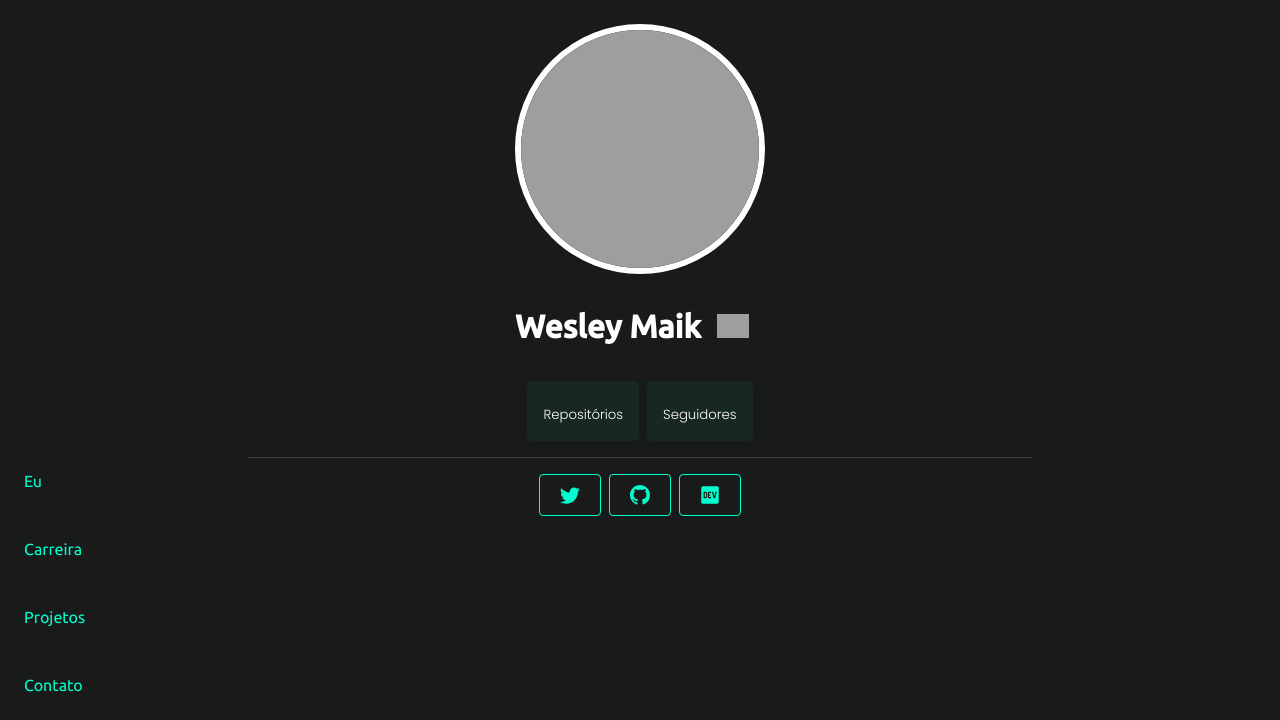
Repository: WesleyMaik/wesleymaik.github.io
Page: /
The author's editor kept a copy of each file at every save. The page is drawn from the files as they stood at one save, then again after the next save.
The browser window is 1280 px wide. The pictures show the whole page.
Pictures or frames that could not be fetched are drawn as grey boxes. The page's requests for data from a server got no answer. The project was rebuilt for these pictures with package versions that can differ from the ones it lists, and the page was loaded fresh each time. No one was signed in, and anything a server would have sent is missing. Also part of the build but not shown: vite.config.ts.

Above is the page before, as saved 2022-08-08 12:38:22.

After the next save:
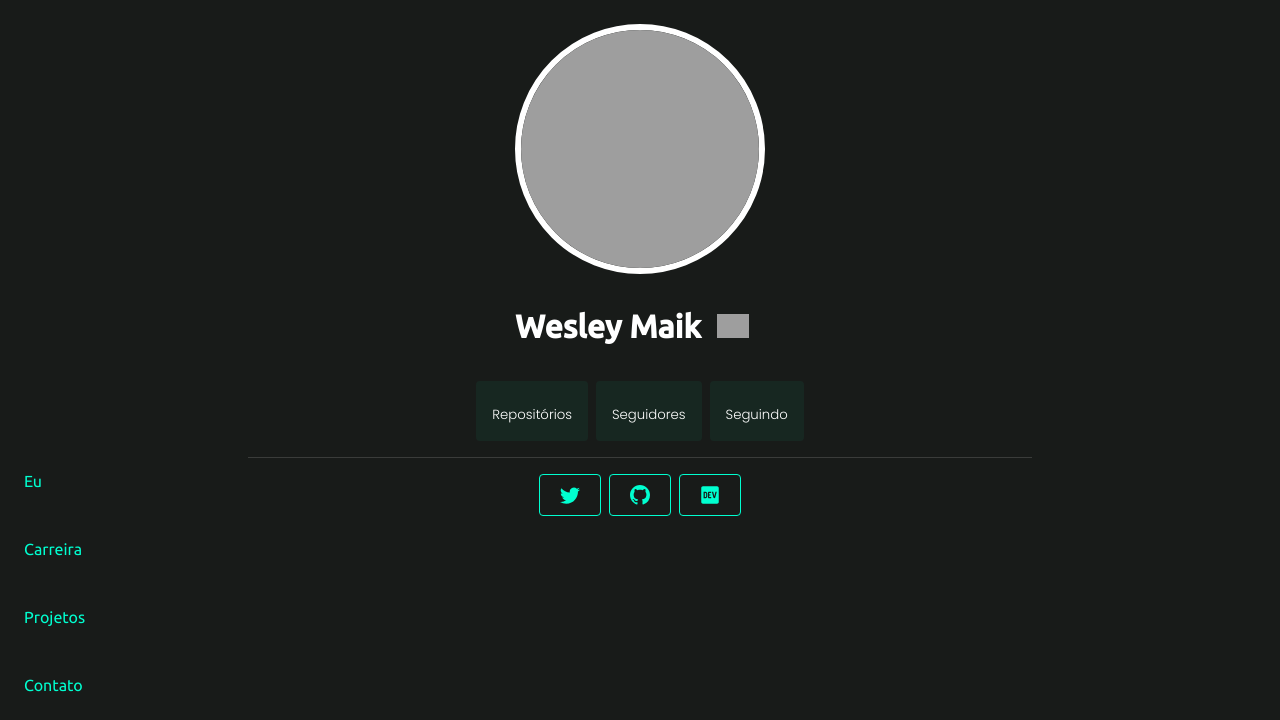
Saved 101 s later.
--- a/src/components/template/github.tsx
+++ b/src/components/template/github.tsx
@@ -98,6 +98,10 @@
                 <h2 className="text">{ data?.followers }</h2>
                 <h5 className="title">Seguidores</h5>
             </div>
+            <div className="card">
+                <h2 className="text">{ data?.following }</h2>
+                <h5 className="title">Seguindo</h5>
+            </div>
         </Container>
     )
 };
